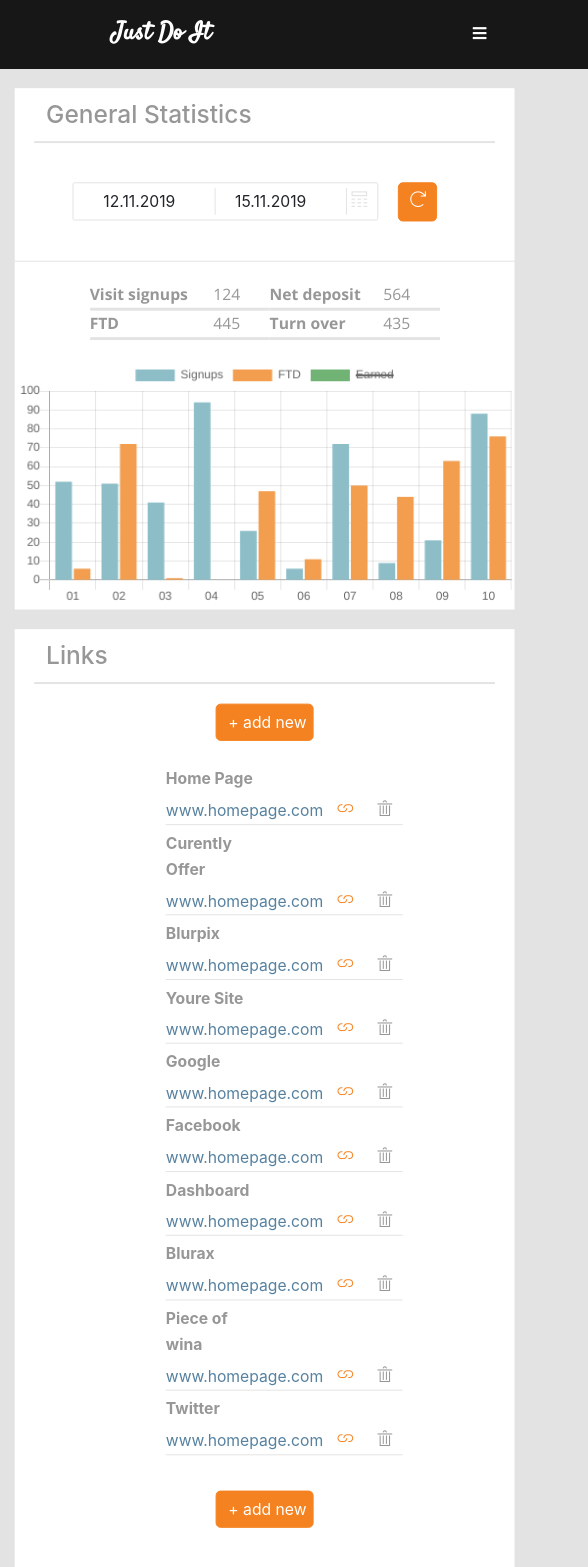
Repository: OllaWilk/wwwJustDoIt
Page: index.html
An editor plug-in stored every save of this project. The page is shown before and after the next save, followed by the edit.
The browser window is 600 px wide. The pictures show the whole page, at 98% of full size.
Some web libraries are served in a nearby version. The style sheet was rebuilt from its Sass, Less or Tailwind sources for each picture, by a compiler version that may differ from the author's.

Above is the page before, as saved 2019-12-25 18:42:47.

After the next save:
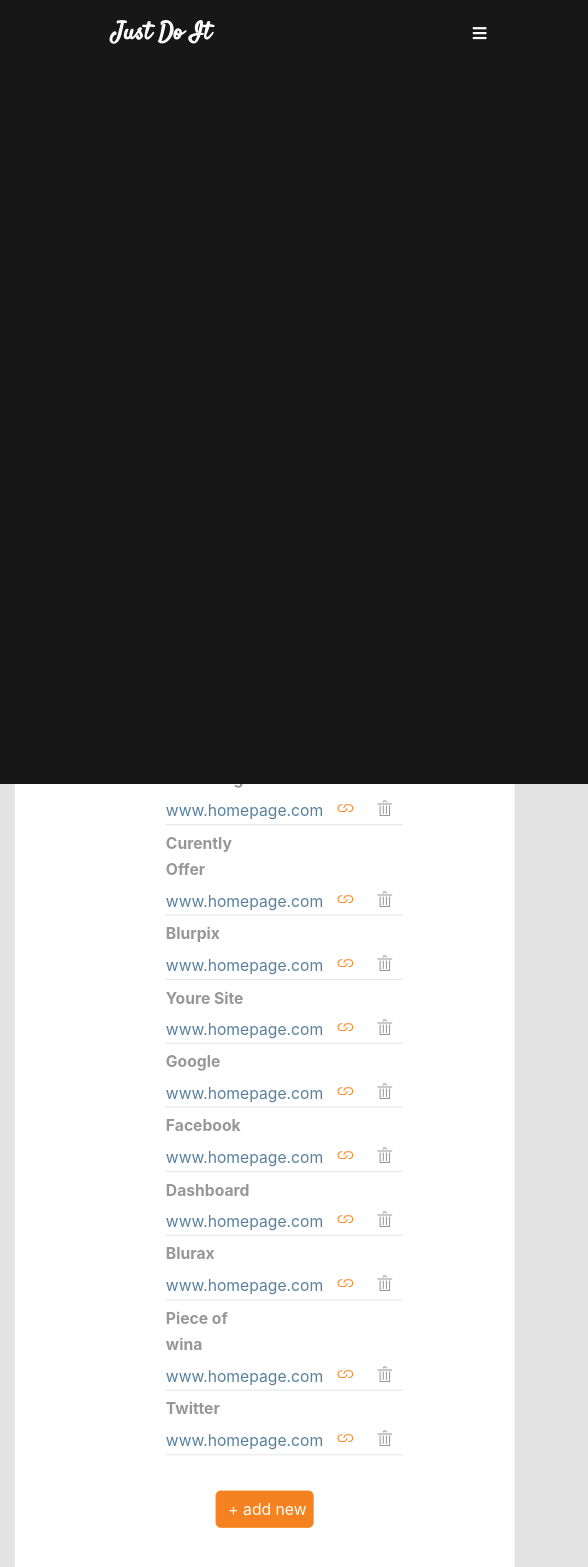
Saved 79 s later.
--- a/sass/sections/_leftNavigtation.scss
+++ b/sass/sections/_leftNavigtation.scss
@@ -1,6 +1,6 @@
 .navigation {
     width: 240px;
-    //height: 100vh;
+    height: 100vh;
     position: fixed;
     background-color: $color-dark;
     color: $color-light;
--- a/sass/components/_mediaQuery.scss
+++ b/sass/components/_mediaQuery.scss
@@ -36,7 +36,6 @@
     .navigationWraperMobile {
         display: none;
         width: 100%;
-        height: 10vh;
     }
 
     .navigationWraperMobile.active {

After the save that followed:
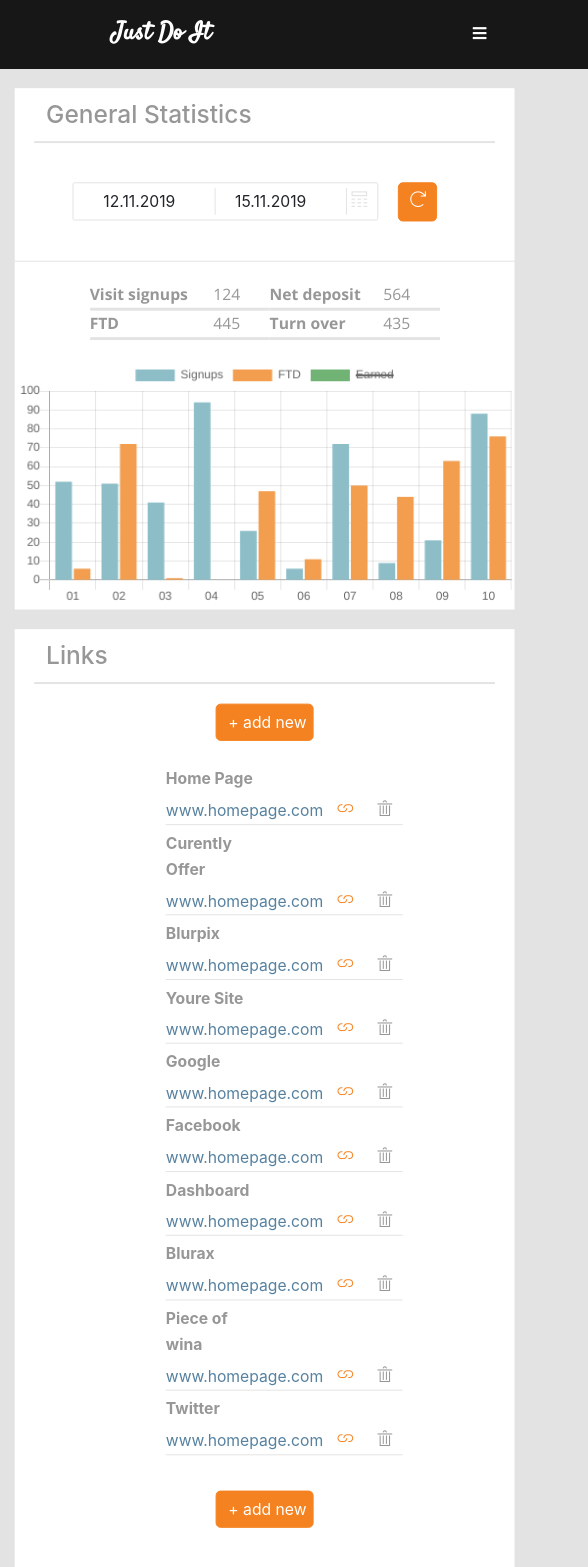
Saved 36 s later.
--- a/sass/components/_mediaQuery.scss
+++ b/sass/components/_mediaQuery.scss
@@ -13,6 +13,7 @@
 
     .navigation  {
         width: 100%;
+        height: auto;
     }
 
     .navigationTop {
